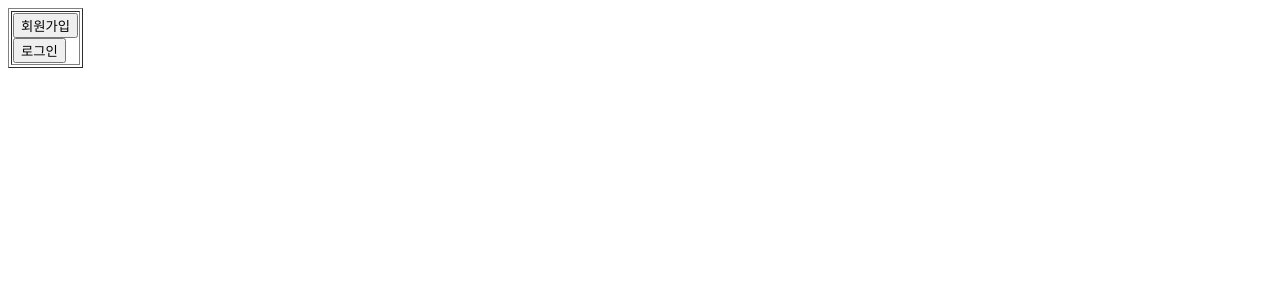
Repository: choiungsik/WEBStudy
Page: http://localhost/JSP/exMain.jsp
An editor plug-in stored every save of this project. The page is shown before and after the next save, followed by the edit.
The browser window is 1280 px wide. The pictures show the whole page.
The page is served by Tomcat 9.

Above is the page before, as saved 2020-07-15 02:23:59.

### JSP/WebContent/exMain.jsp
<%@ page language="java" contentType="text/html; charset=EUC-KR"
    pageEncoding="EUC-KR"%>
<!DOCTYPE html>
<html>
<head>
<meta charset="EUC-KR">
<title>Insert title here</title>
</head>
<body>
		<table border="1">
			<td>
	<form action="exJoin.jsp">
			<input type="submit" value="회원가입"><br>
	</form>
	<form action="exLogin.jsp">
			<input type="submit" value="로그인">
	</form>
			</td>
		</table>
</body>
</html>

After the next save:
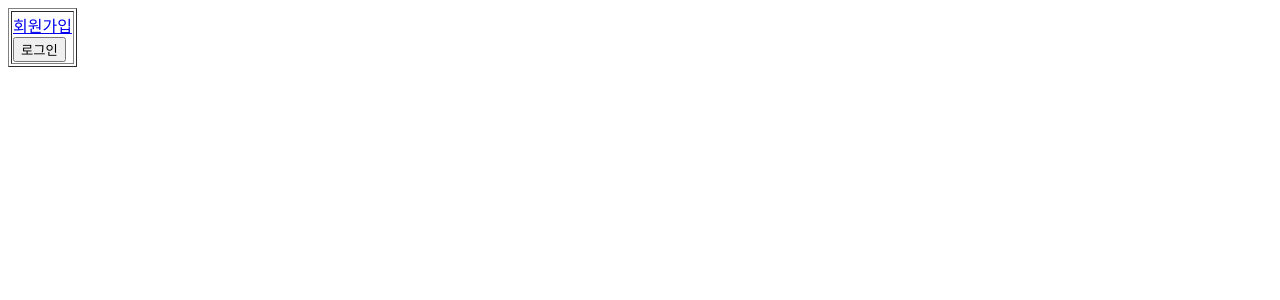
Saved 75 s later.
--- a/JSP/WebContent/exMain.jsp
+++ b/JSP/WebContent/exMain.jsp
@@ -9,9 +9,7 @@
 <body>
 		<table border="1">
 			<td>
-	<form action="exJoin.jsp">
-			<input type="submit" value="회원가입"><br>
-	</form>
+	<a href = "exJoin.jsp">회원가입</a>
 	<form action="exLogin.jsp">
 			<input type="submit" value="로그인">
 	</form>

After the save that followed:
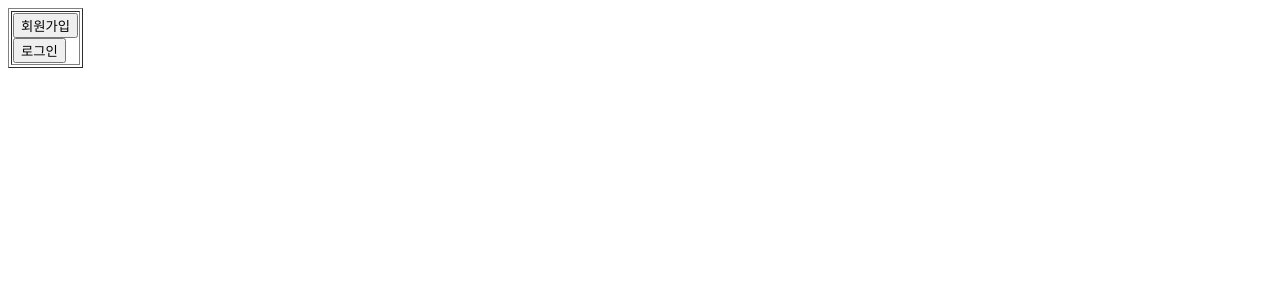
Saved 5 min 52 s later.
--- a/JSP/WebContent/exMain.jsp
+++ b/JSP/WebContent/exMain.jsp
@@ -9,7 +9,7 @@
 <body>
 		<table border="1">
 			<td>
-	<a href = "exJoin.jsp">회원가입</a>
+	<a href = "exJoin.jsp"><button>회원가입</button></a>
 	<form action="exLogin.jsp">
 			<input type="submit" value="로그인">
 	</form>
